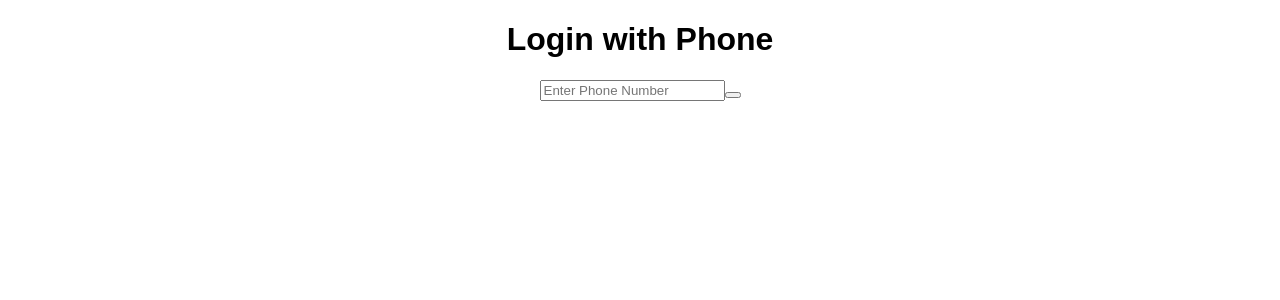
Repository: s-babaeizadeh/OTP-Login
Page: /
An editor plug-in stored every save of this project. The page is shown before and after the next save, followed by the edit.
The browser window is 1280 px wide. The pictures show the whole page.
The project was rebuilt for these pictures with package versions that can differ from the ones it lists, and the page was loaded fresh each time. Also part of the build but not shown: vite.config.js, src/index.css.

Above is the page before, as saved 2024-08-03 12:13:31.

After the next save:
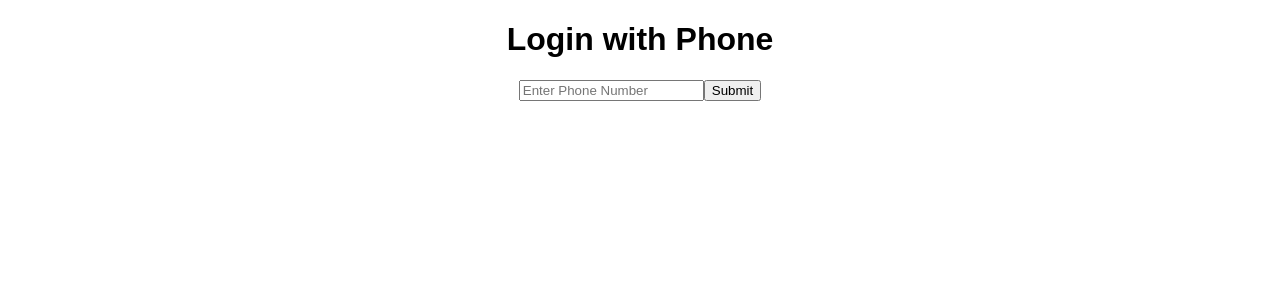
Saved 10 s later.
--- a/src/components/PhoneOtpLogin.jsx
+++ b/src/components/PhoneOtpLogin.jsx
@@ -18,7 +18,7 @@ const PhoneOtpLogin = () => {
           placeholder="Enter Phone Number"
           onChange={handlePhoneNumber}
         />
-        <button type="submit"></button>
+        <button type="submit">Submit</button>
       </form>
     </div>
   );
